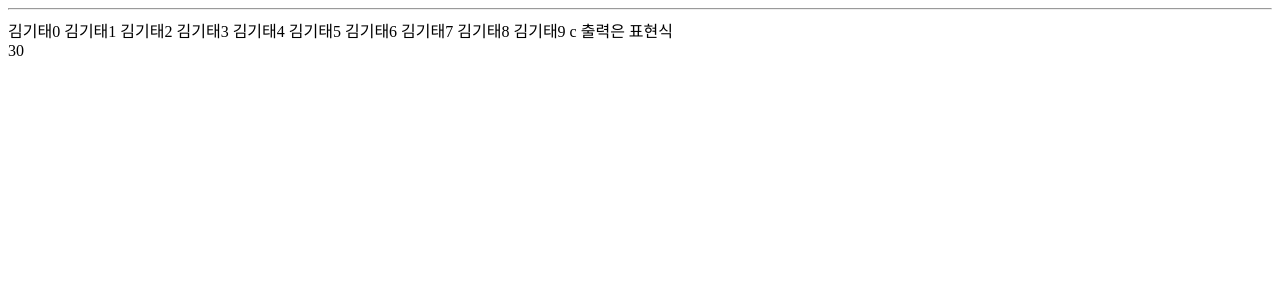
Repository: Show-And-Prove/jsp
Page: http://localhost/practice01/
These files come from the project's save history. The page is drawn as it stood at one moment and after the next save; the edit follows.
The browser window is 1280 px wide. The pictures show the whole page.
The page is served by Tomcat 9.

Above is the page before, as saved 2022-10-11 05:56:33.

After the next save:
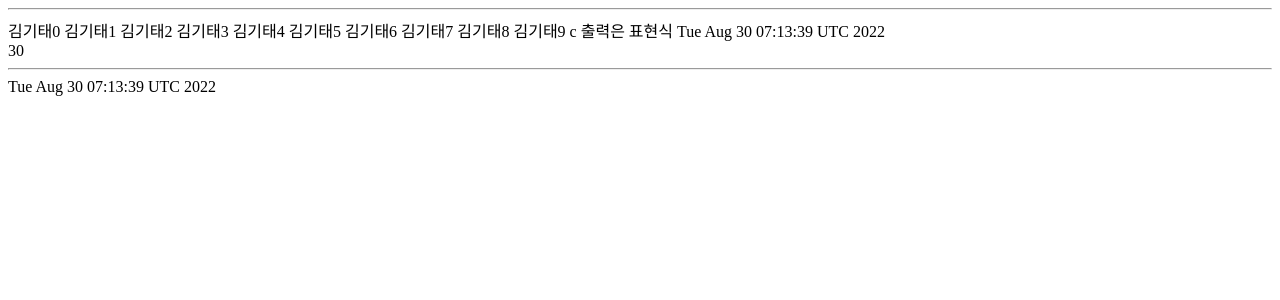
Saved 4 min 5 s later.
--- a/practice01/WebContent/index.jsp
+++ b/practice01/WebContent/index.jsp
@@ -28,8 +28,12 @@
 		out.println(name+d);
 	}
 	out.println("c 출력은 표현식");
+	out.println(now);
 %>
-<div id="result"><!-- 각주 --> <%=c %>
+<div id="result"><!-- 각주 -->
+<%=c %>
+<hr>
+<%=now %>
 <!-- jsp 각주 -->
 </div>
 </body>
